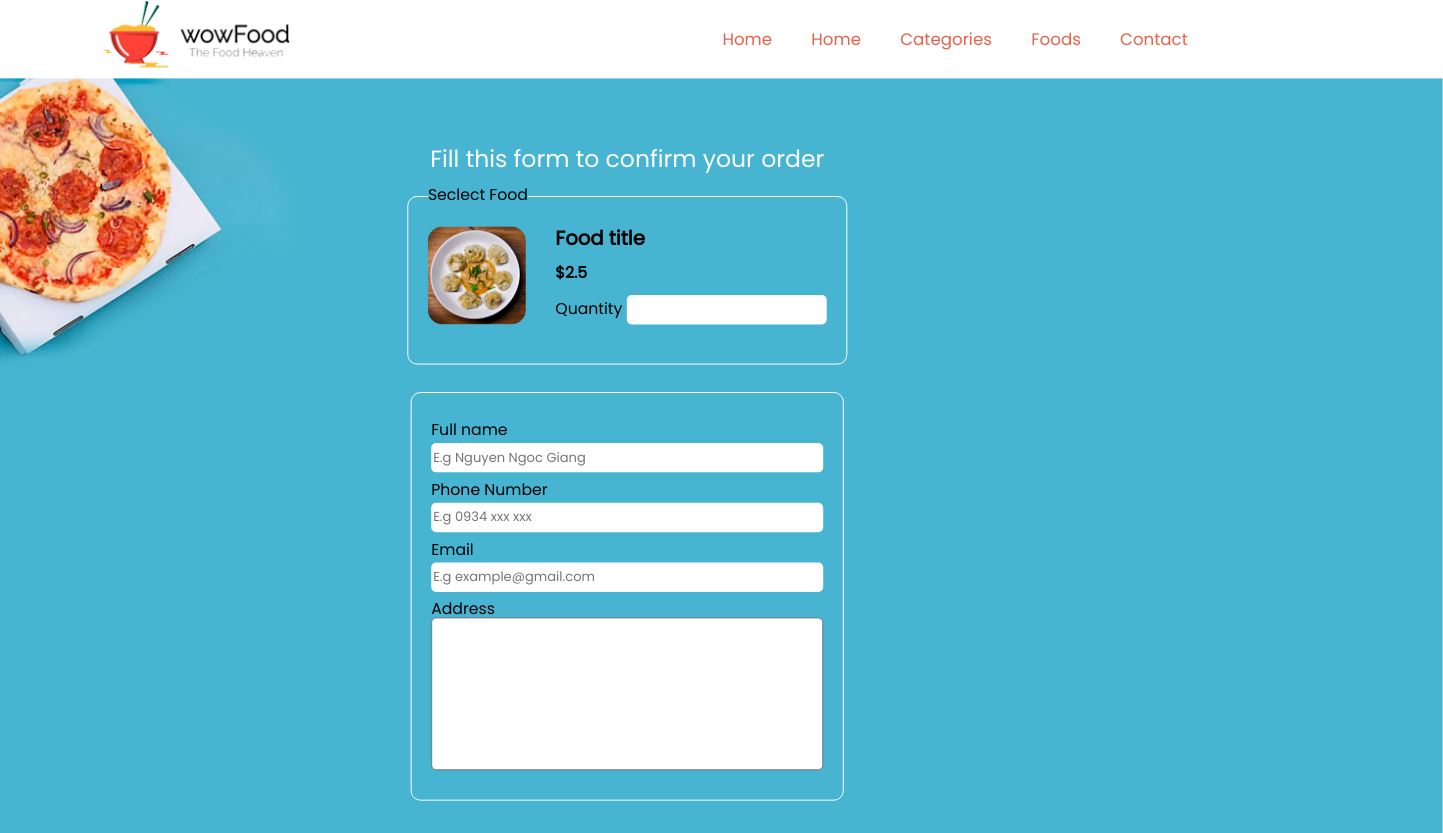
Repository: ruaruababa/WowFood
Page: order.html
These files come from the project's save history. The page is drawn as it stood at one moment and after the next save; the edit follows.
The browser window is 1280 px wide. The page is 1472 px wide, so the pictures cover 1472 px, including what lies to the right of the window. The pictures show the whole page, at 98% of full size.

Above is the page before, as saved 2021-09-19 22:43:52.

After the next save:
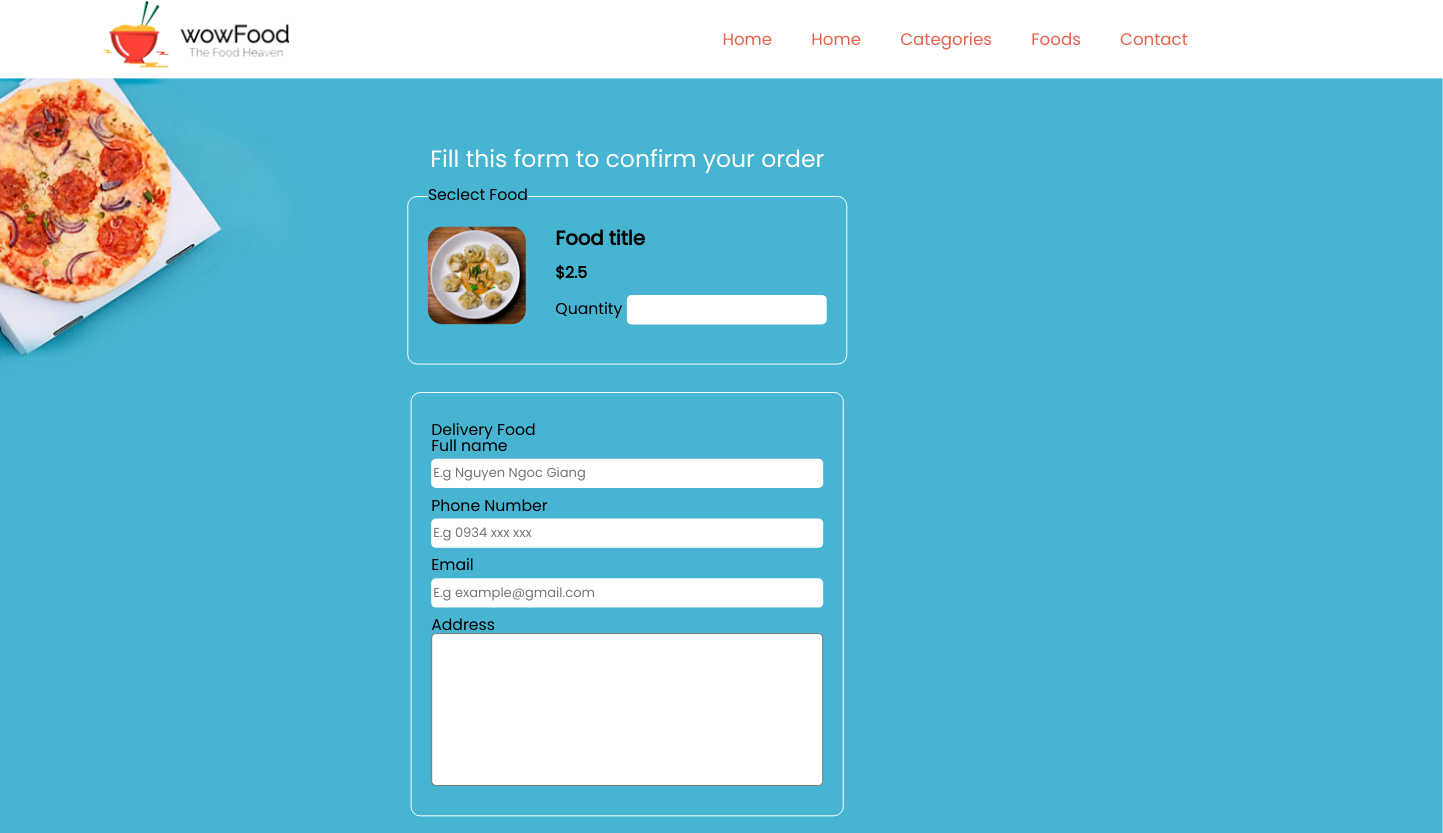
Saved 5 s later.
--- a/order.css
+++ b/order.css
@@ -50,7 +50,7 @@
 }
 
 .container-delivery-title::before{
-    content: "";
+    content: "Delivery Food";
 }
 .container-delivery-title{
     position: absolute;
